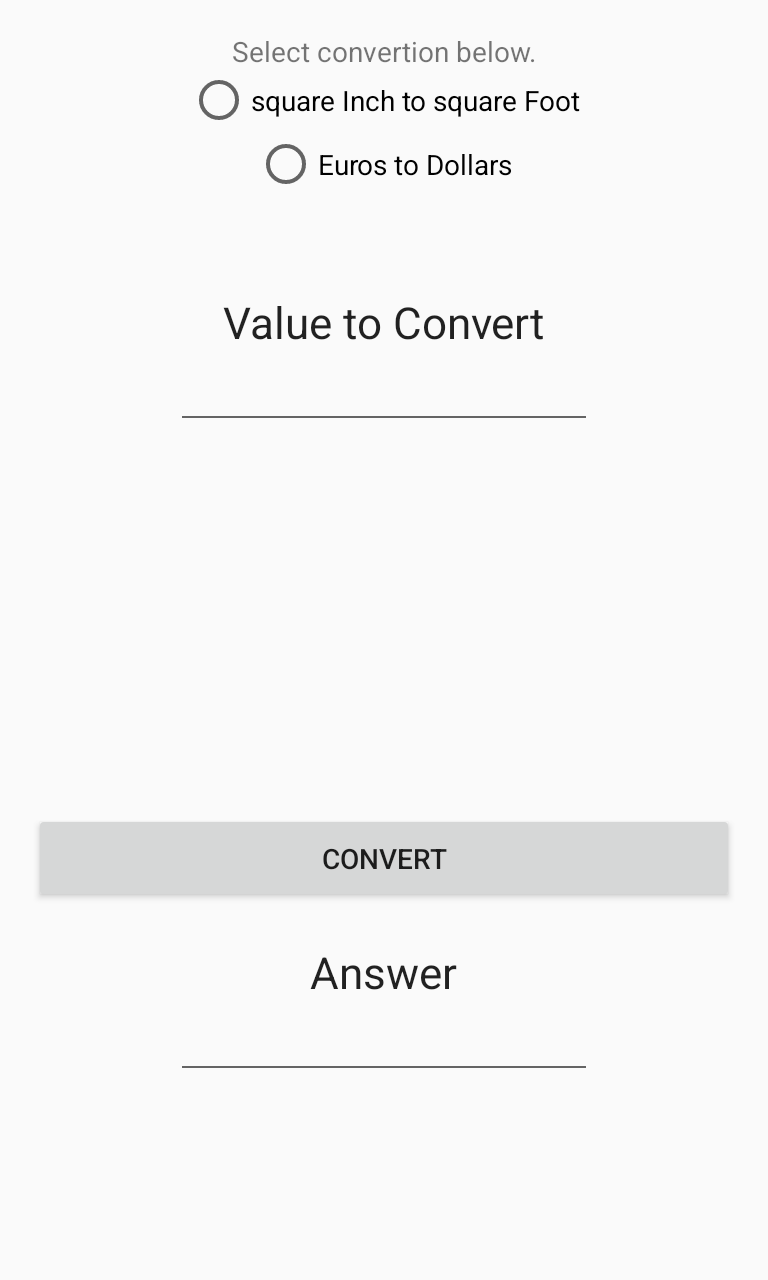
Repository: awayzo/6300Fall14Assignment4
Layout: UnitConvertor/res/layout/activity_area.xml
These files come from the project's save history. The layout is drawn as it stood at one moment and after the next save; the edit follows.
It is drawn on a 768 x 1280 px phone screen (xhdpi) without system bars, with theme AppTheme; the app's code is not run.

Above is the layout before, as saved 2014-09-26 21:41:36.

### UnitConvertor/res/layout/activity_area.xml
<RelativeLayout xmlns:android="http://schemas.android.com/apk/res/android"
    xmlns:tools="http://schemas.android.com/tools"
    android:layout_width="match_parent"
    android:layout_height="match_parent"
    android:paddingBottom="@dimen/activity_vertical_margin"
    android:paddingLeft="@dimen/activity_horizontal_margin"
    android:paddingRight="@dimen/activity_horizontal_margin"
    android:paddingTop="@dimen/activity_vertical_margin"
    tools:context="edu.gatech.seclass.unitconvertor.AreaActivity" >

   <TextView
        android:id="@+id/lblAnswer"
        android:layout_width="wrap_content"
        android:layout_height="wrap_content"
        android:layout_above="@+id/txtAnswer"
        android:layout_centerHorizontal="true"
        android:text="Answer"
        android:textAppearance="?android:attr/textAppearanceLarge" />

    <Button
        android:id="@+id/btnConvert"
        android:layout_width="match_parent"
        android:layout_height="wrap_content"
        android:layout_above="@+id/lblAnswer"
        android:layout_centerHorizontal="true"
        android:layout_marginBottom="18dp"
        android:text="Convert" />

    <TextView
        android:id="@+id/lblTitle_currency"
        android:layout_width="wrap_content"
        android:layout_height="wrap_content"
        android:layout_alignParentTop="true"
        android:layout_centerHorizontal="true"
        android:text="Select convertion below." />

    <RadioButton
        android:id="@+id/radioSqinchToSqfoot"
        android:layout_width="wrap_content"
        android:layout_height="wrap_content"
        android:layout_below="@+id/textView3"
        android:layout_centerHorizontal="true"
        android:layout_marginTop="18dp"
        android:text="square Inch to square Foot" />

    <RadioButton
        android:id="@+id/radioInchesToCentometers"
        android:layout_width="wrap_content"
        android:layout_height="wrap_content"
        android:layout_below="@+id/radioSqinchToSqfoot"
        android:layout_centerHorizontal="true"
        android:text="Euros to Dollars" />

    <TextView
        android:id="@+id/lblValue"
        android:layout_width="wrap_content"
        android:layout_height="wrap_content"
        android:layout_below="@+id/radioInchesToCentometers"
        android:layout_centerHorizontal="true"
        android:layout_marginTop="48dp"
        android:text="Value to Convert"
        android:textAppearance="?android:attr/textAppearanceLarge" />

    <EditText
        android:id="@+id/txtValue"
        android:layout_width="wrap_content"
        android:layout_height="wrap_content"
        android:layout_below="@+id/lblValue"
        android:layout_centerHorizontal="true"
        android:ems="10"
        android:inputType="numberDecimal" />

    <EditText
        android:id="@+id/txtAnswer"
        android:layout_width="wrap_content"
        android:layout_height="wrap_content"
        android:layout_alignLeft="@+id/txtValue"
        android:layout_alignParentBottom="true"
        android:layout_marginBottom="82dp"
        android:ems="10"
        android:inputType="numberDecimal" />
</RelativeLayout>

Loaded but not shown: UnitConvertor/res/values/styles.xml (common file); UnitConvertor/res/values-v11/styles.xml (common file); UnitConvertor/res/values-v14/styles.xml (common file); UnitConvertor/res/values/dimens.xml (common file); UnitConvertor/res/values-w820dp/dimens.xml (common file)

After the next save:
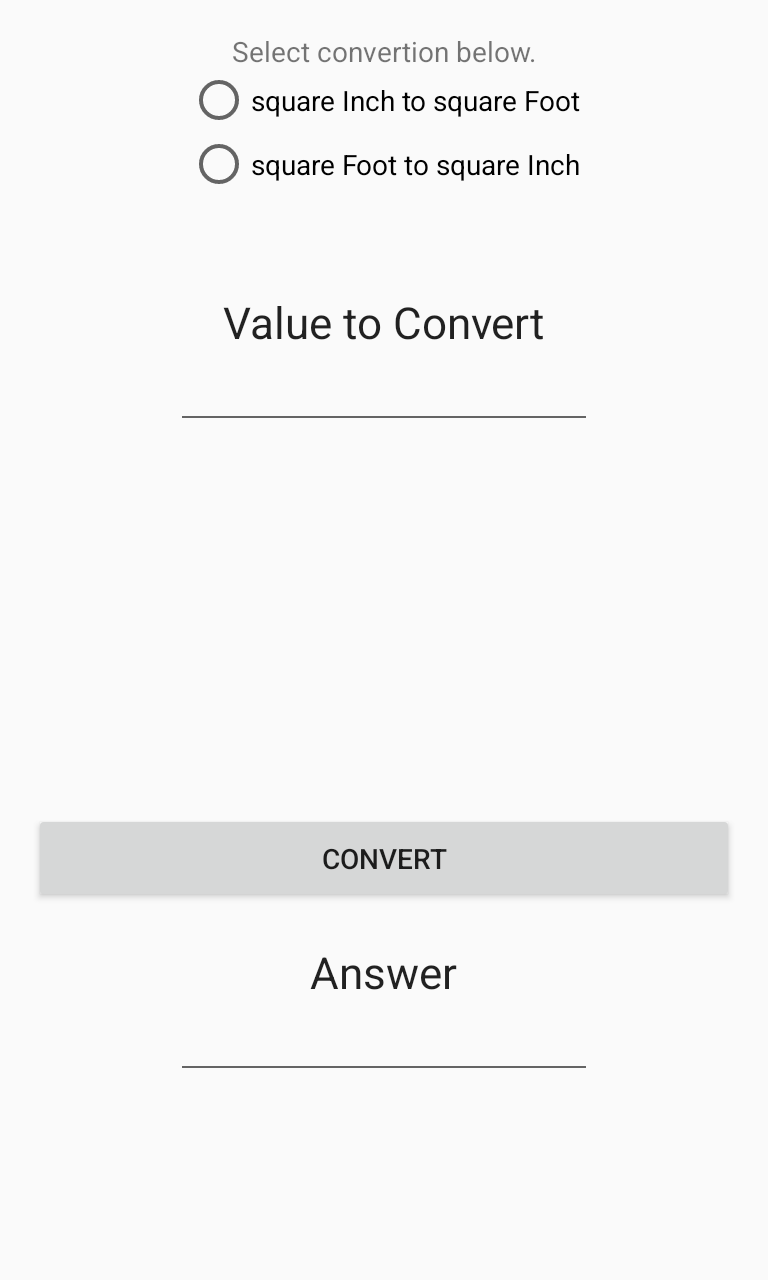
Saved 7 s later.
--- a/UnitConvertor/res/layout/activity_area.xml
+++ b/UnitConvertor/res/layout/activity_area.xml
@@ -27,7 +27,7 @@
         android:text="Convert" />
 
     <TextView
-        android:id="@+id/lblTitle_currency"
+        android:id="@+id/lblTitle_Area"
         android:layout_width="wrap_content"
         android:layout_height="wrap_content"
         android:layout_alignParentTop="true"
@@ -43,19 +43,11 @@
         android:layout_marginTop="18dp"
         android:text="square Inch to square Foot" />
 
-    <RadioButton
-        android:id="@+id/radioInchesToCentometers"
-        android:layout_width="wrap_content"
-        android:layout_height="wrap_content"
-        android:layout_below="@+id/radioSqinchToSqfoot"
-        android:layout_centerHorizontal="true"
-        android:text="Euros to Dollars" />
-
     <TextView
         android:id="@+id/lblValue"
         android:layout_width="wrap_content"
         android:layout_height="wrap_content"
-        android:layout_below="@+id/radioInchesToCentometers"
+        android:layout_below="@+id/radioSqfootToSqinch"
         android:layout_centerHorizontal="true"
         android:layout_marginTop="48dp"
         android:text="Value to Convert"
@@ -79,4 +71,13 @@
         android:layout_marginBottom="82dp"
         android:ems="10"
         android:inputType="numberDecimal" />
+
+    <RadioButton
+        android:id="@+id/radioSqfootToSqinch"
+        android:layout_width="wrap_content"
+        android:layout_height="wrap_content"
+        android:layout_below="@+id/radioSqinchToSqfoot"
+        android:layout_centerHorizontal="true"
+        android:text="square Foot to square Inch" />
+
 </RelativeLayout>
